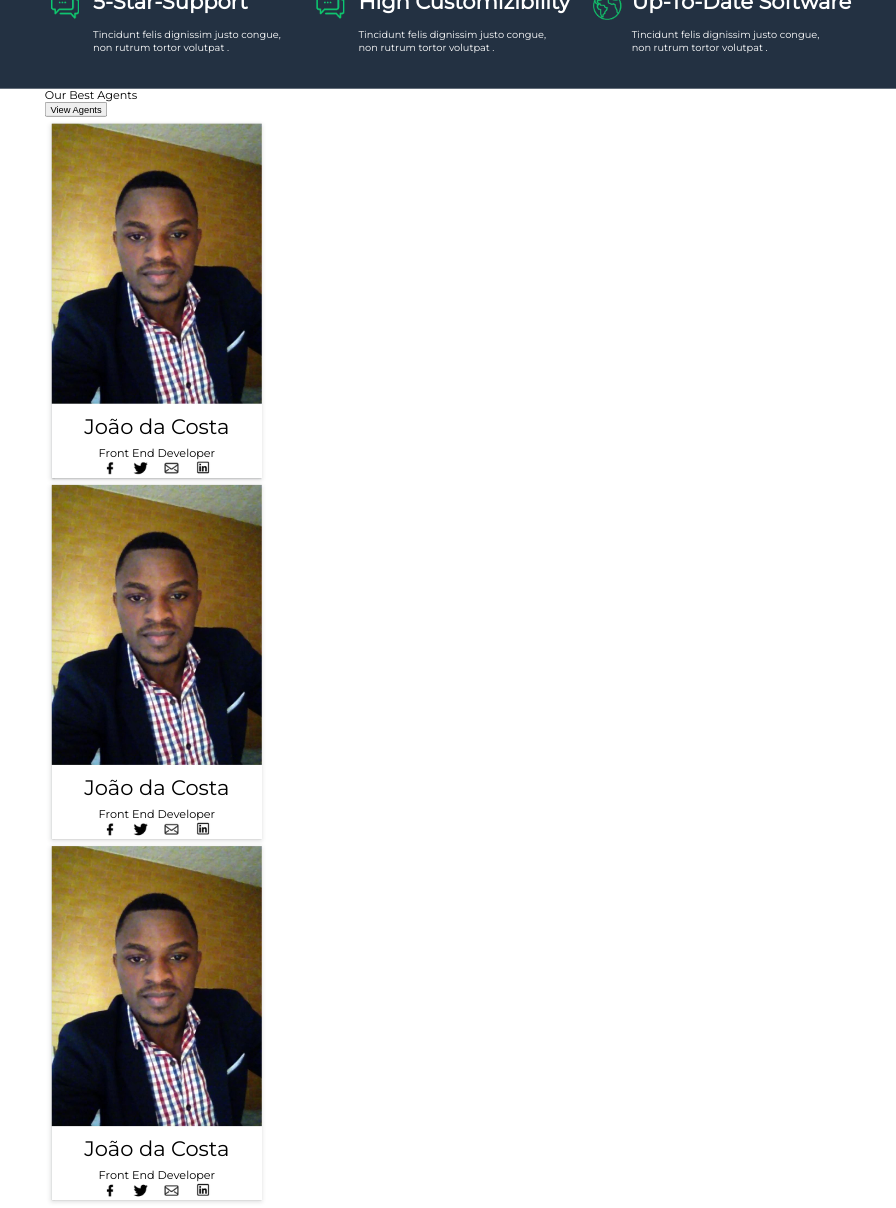
Repository: Yowani24/Real-Estate2
Page: index.html
An editor plug-in stored every save of this project. The page is shown before and after the next save, followed by the edit.
The browser window is 1280 px wide. The pictures show the part of the page from y = 1634 to 3554 px (the page is 3359 px tall before and 3554 px after), at 70% of full size.
Some web fonts or font styles are not loaded; a fallback is used.

Above is the page before, as saved 2021-08-27 15:19:22.

After the next save:
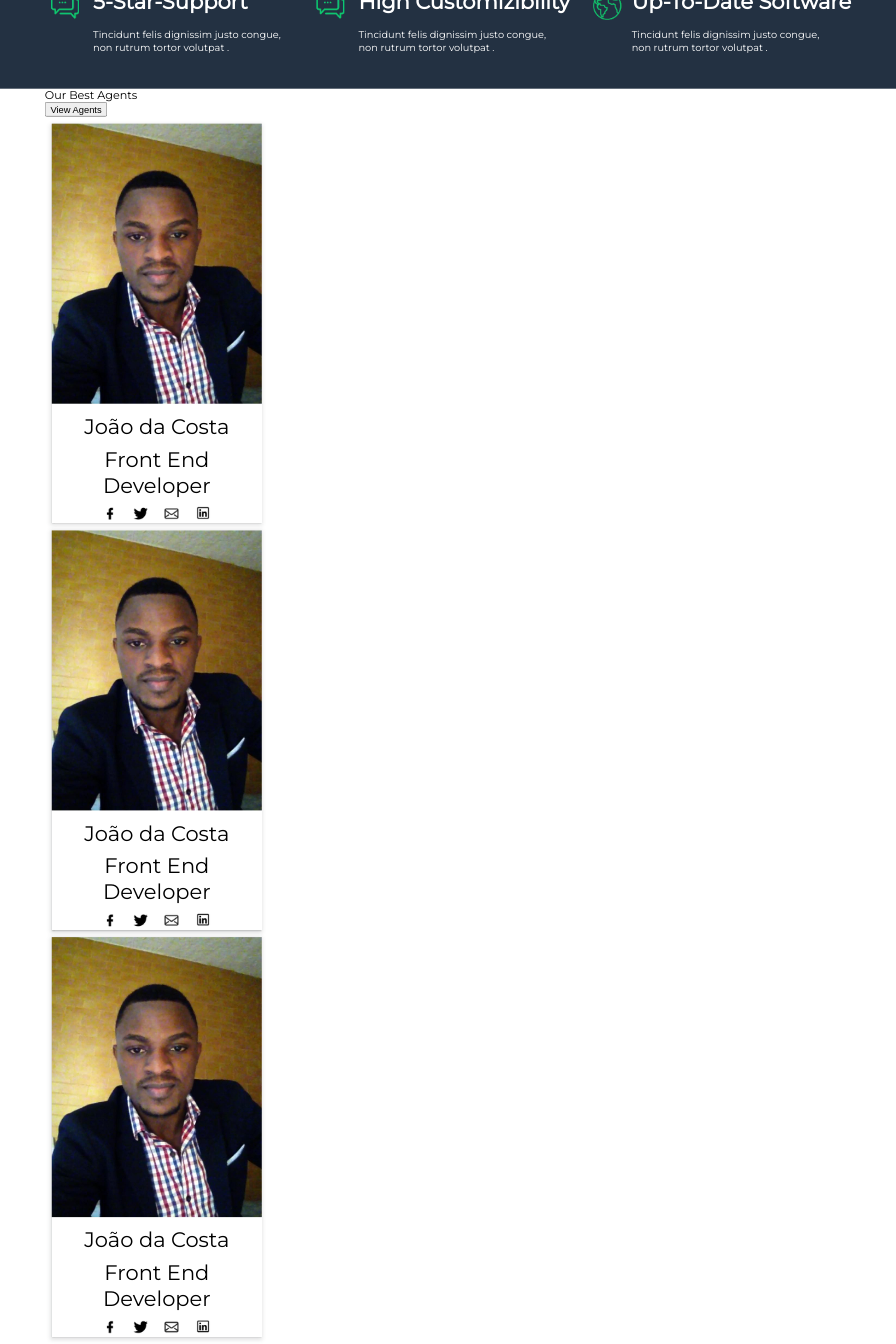
Saved 20 s later.
--- a/styles.css
+++ b/styles.css
@@ -205,6 +205,11 @@ Header .menu nav a{
     font-weight: 500;
     margin: 10px 0;
 }
+.agents_box p:nth-child(3){
+    font-size: 30px;
+    font-weight: 500;
+    margin: 10px 0;
+}
 .agents_image_box{
     width: 100%;
 }
